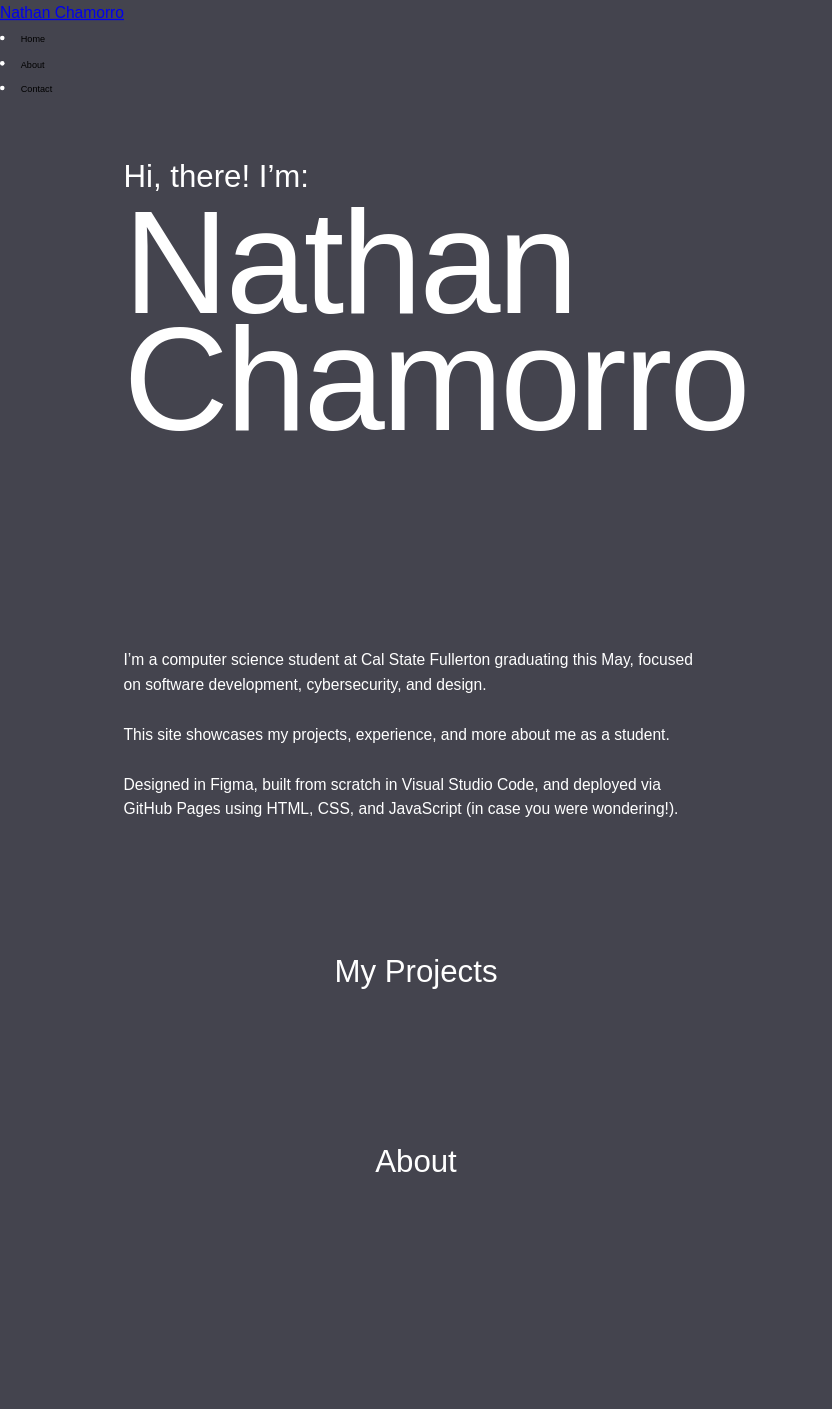
Repository: nathanchamorro1/nathanchamorro1.github.io
Page: index.html
An editor plug-in stored every save of this project. The page is shown before and after the next save, followed by the edit.
The browser window is 1280 px wide. The pictures show the whole page, at 65% of full size.
Some web fonts or font styles are not loaded; a fallback is used.

Above is the page before, as saved 2026-02-17 17:01:09.

After the next save:
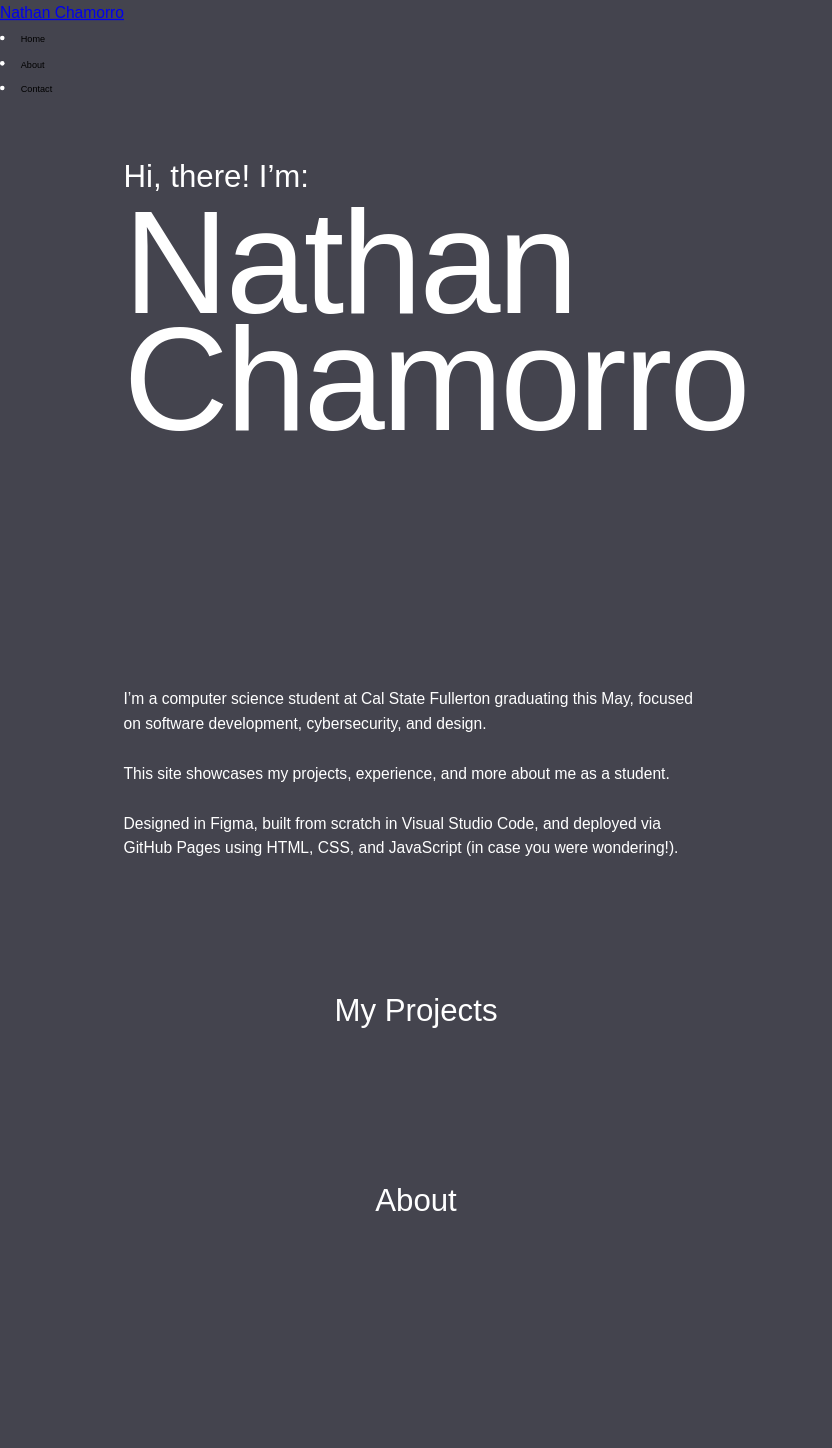
Saved 7 s later.
--- a/css/style.css
+++ b/css/style.css
@@ -27,7 +27,7 @@ body {
     flex-direction: column;
     justify-content: flex-start;
     padding-top: 0px;
-    padding-bottom: 20px;
+    padding-bottom: 80px;
     text-align: left;
 }
 
